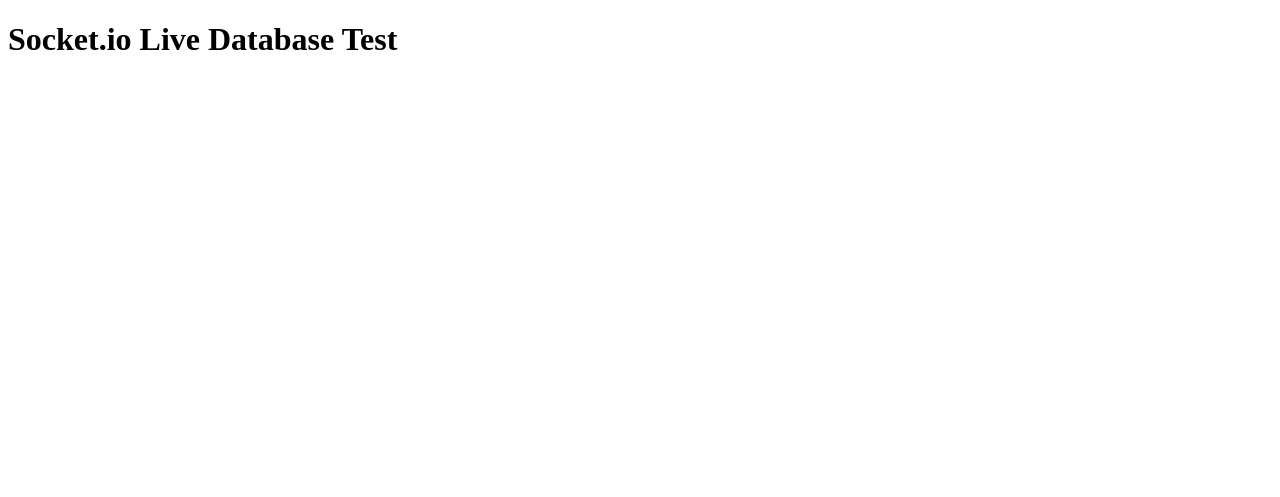
Repository: SG-Coder67/Auction_to_action
Page: client.html
The author's editor kept a copy of each file at every save. The page is drawn from the files as they stood at one save, then again after the next save.
The browser window is 1280 px wide. The pictures show the whole page.
The page's requests for data from a server got no answer. Some web libraries are served in a nearby version.

Above is the page before, as saved 2025-09-02 21:17:17.

### client.html
<!DOCTYPE html>
<html lang="en">
<head>
  <meta charset="UTF-8">
  <title>Socket.io Test</title>
  <script src="https://cdn.socket.io/4.7.2/socket.io.min.js"></script>
</head>
<body>
  <h1>Socket.io Live Database Test</h1>
  <div id="messages"></div>

  <script>
    const socket = io("http://localhost:5001");

    // Confirm connection
    socket.on("connect", () => {
      document.getElementById("messages").innerHTML += "<p>✅ Connected to server!</p>";
    });

    // Listen for database updates
    socket.on("databaseUpdate", (data) => {
      document.getElementById("messages").innerHTML += `<p>📢 Update: ${JSON.stringify(data)}</p>`;
    });

    socket.on("disconnect", () => {
      document.getElementById("messages").innerHTML += "<p>❌ Disconnected from server</p>";
    });
  </script>
</body>
</html>

After the next save:
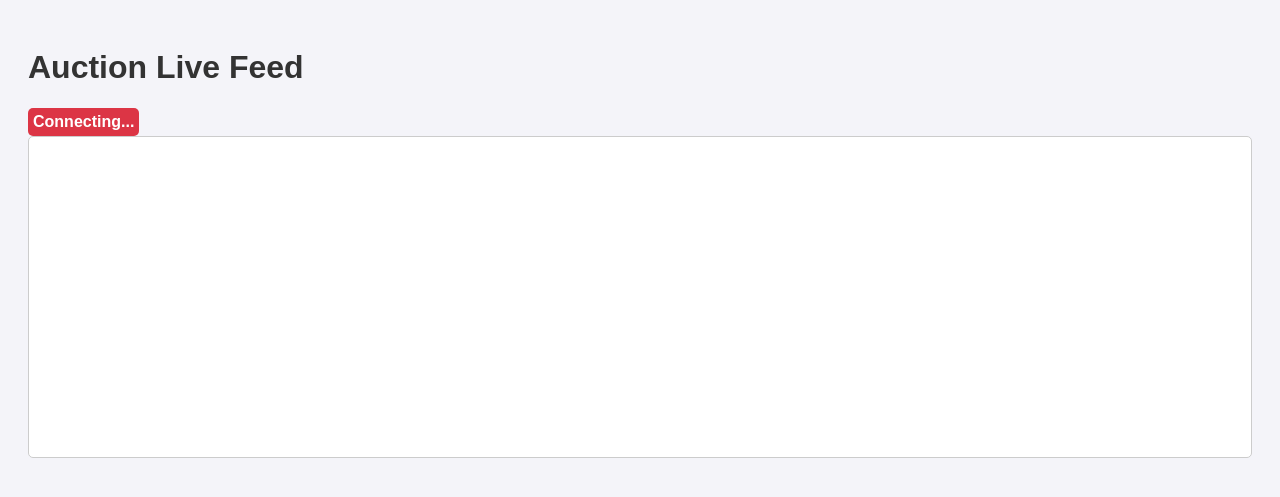
Saved 12 s later.
--- a/client.html
+++ b/client.html
@@ -1,30 +1,83 @@
 <!DOCTYPE html>
 <html lang="en">
+
 <head>
   <meta charset="UTF-8">
-  <title>Socket.io Test</title>
+  <title>Auction Live Feed</title>
   <script src="https://cdn.socket.io/4.7.2/socket.io.min.js"></script>
+  <style>
+    body {
+      font-family: sans-serif;
+      padding: 20px;
+      background-color: #f4f4f9;
+    }
+
+    h1 {
+      color: #333;
+    }
+
+    #feed {
+      border: 1px solid #ccc;
+      padding: 10px;
+      height: 300px;
+      overflow-y: scroll;
+      background-color: #fff;
+      border-radius: 5px;
+    }
+
+    p {
+      margin: 5px 0;
+      border-bottom: 1px solid #eee;
+      padding-bottom: 5px;
+    }
+
+    .status {
+      font-weight: bold;
+      padding: 5px;
+      border-radius: 5px;
+      color: white;
+      display: inline-block;
+    }
+
+    .connected {
+      background-color: #28a745;
+    }
+
+    .disconnected {
+      background-color: #dc3545;
+    }
+  </style>
 </head>
+
 <body>
-  <h1>Socket.io Live Database Test</h1>
-  <div id="messages"></div>
+  <h1>Auction Live Feed</h1>
+  <div id="status" class="status disconnected">Connecting...</div>
+  <div id="feed"></div>
 
   <script>
-    const socket = io("http://localhost:5001");
+    // Connect to your main server on port 3001
+    const socket = io("http://localhost:3001");
 
-    // Confirm connection
     socket.on("connect", () => {
-      document.getElementById("messages").innerHTML += "<p>✅ Connected to server!</p>";
+      const statusDiv = document.getElementById("status");
+      statusDiv.textContent = "✅ Connected to server!";
+      statusDiv.className = "status connected";
     });
 
-    // Listen for database updates
-    socket.on("databaseUpdate", (data) => {
-      document.getElementById("messages").innerHTML += `<p>📢 Update: ${JSON.stringify(data)}</p>`;
+    // Listen for the 'new_bid_won' event we created in the controller
+    socket.on("new_bid_won", (data) => {
+      const feed = document.getElementById("feed");
+      const message = document.createElement("p");
+      message.innerHTML = `Team <strong>${data.teamNumber}</strong> won <strong>${data.itemName}</strong> for <strong>${data.price}rs</strong>`;
+      feed.prepend(message); // Add new messages to the top
     });
 
     socket.on("disconnect", () => {
-      document.getElementById("messages").innerHTML += "<p>❌ Disconnected from server</p>";
+      const statusDiv = document.getElementById("status");
+      statusDiv.textContent = "❌ Disconnected from server";
+      statusDiv.className = "status disconnected";
     });
   </script>
 </body>
+
 </html>
